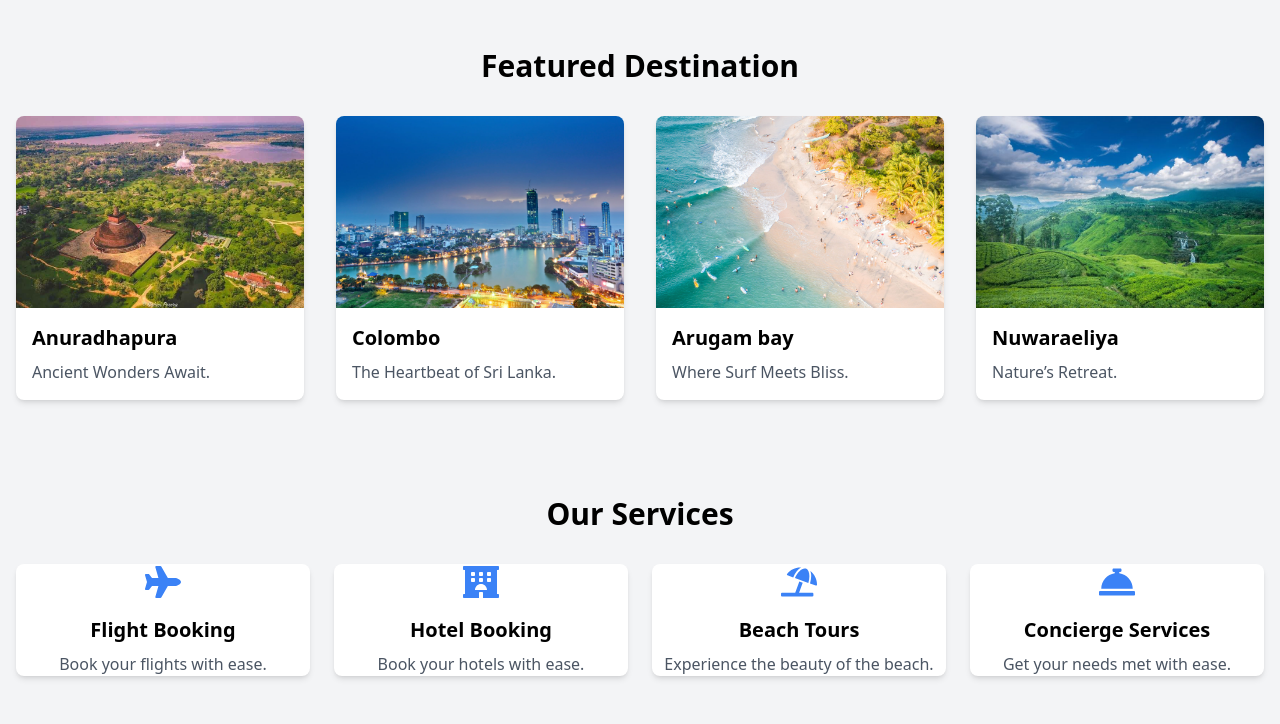
Repository: thisara199/Travel-Agency-Website
Page: /
An editor plug-in stored every save of this project. The page is shown before and after the next save, followed by the edit.
The browser window is 1280 px wide. The pictures show the part of the page from y = 720 to 1524 px (the page is 1444 px tall before and 1524 px after).
The project was rebuilt for these pictures with package versions that can differ from the ones it lists, and the page was loaded fresh each time. Also part of the build but not shown: vite.config.js.

Above is the page before, as saved 2024-09-04 05:29:51.

### index.html
<!doctype html>
<html lang="en">
  <head>
    <meta charset="UTF-8" />
    <link rel="icon" type="image/svg+xml" href="/public/favicon-32x32.png" />
    <meta name="viewport" content="width=device-width, initial-scale=1.0" />
    <title>Travel Agency</title>
  </head>
  <body>
    <div id="root"></div>
    <script type="module" src="/src/main.jsx"></script>
  </body>
</html>

### src/App.jsx
import { BrowserRouter, Routes, Route } from 'react-router-dom'
import Home from './pages/Home'
import Navbar from './components/Navbar/Navbar'
const App = () => {
  return (
    <BrowserRouter>
    <Navbar />
       <Routes>
        <Route path='/' element={<Home />} />
       </Routes>
    </BrowserRouter>
  )
}

export default App

### src/pages/Home.jsx
import HeroSection from "../components/HeroSection/HeroSection"
import FeaturedDestination from "../components/FeaturedDestination/FeaturedDestination"
import Services from "../components/Services/Services"

const Home = () => {
  return (
    <div>
      <HeroSection />
      <FeaturedDestination />
      <Services />
    </div>
  )
}

export default Home

### src/components/Navbar/Navbar.jsx
import { FaBars, FaTimes } from "react-icons/fa"
import { Link } from "react-router-dom"
import { useState } from "react"


const Navbar = () => {
  const [isOpen, setIsOpen] = useState(false)
  return (
    <nav className="fixed top-0 left-0 right-0 z-10 m-4 bg-white shadow-lg">
      <div className="container flex items-center justify-between h-16 px-4">
        <h3 className="text-2xl font-bold">TravelCeylon.</h3>
        <div className="items-center hidden space-x-4 text-sm font-bold md:flex ">
          <Link to="/" className="px-6 py-2 hover:bg-gray-600 hover:text-white">Home</Link>
          <Link to="/about" className="px-6 py-2 hover:bg-gray-600 hover:text-white">About</Link>
          <Link to="/gallery" className="px-6 py-2 hover:bg-gray-600 hover:text-white">Gallery</Link>
          <Link to="/about" className="px-6 py-2 hover:bg-gray-600 hover:text-white">About</Link>
          <button className="px-6 py-2 text-white bg-gray-600 border rounded-full hover:scale-105 hover:bg-gray-500">Login</button>
        </div>
        <div className="md:hidden">
          <button onClick={() => setIsOpen(!isOpen)}>
            {isOpen ? <FaTimes /> : <FaBars />}
          </button>
        </div>
      </div>
      <div>
        {isOpen && (
           <div className="flex flex-col items-center pb-10 space-y-6 font-bold bg-white md:hidden">
           <Link to="/" className="px-6 py-2 hover:bg-gray-600 hover:text-white">Home</Link>
           <Link to="/about" className="px-6 py-2 hover:bg-gray-600 hover:text-white">About</Link>
           <Link to="/gallery" className="px-6 py-2 hover:bg-gray-600 hover:text-white">Gallery</Link>
           <Link to="/about" className="px-6 py-2 hover:bg-gray-600 hover:text-white">About</Link>
           <button className="px-6 py-2 text-white bg-gray-600 border rounded-full hover:scale-105 hover:bg-gray-500">Login</button>
         </div>
        )}
      </div>
    </nav>
  )
}

export default Navbar

### src/components/HeroSection/HeroSection.jsx
import Banner from "../../assets/HeroSection/Banner.png";

const HeroSection = () => {
  return (
    <div className="relative h-screen bg-center bg-cover" style={{ backgroundImage: `url(${Banner})` }}>
      <div className="absolute inset-0 flex flex-col items-center justify-center bg-black bg-opacity-50">
        <h1 className="justify-between mb-4 text-4xl font-bold text-center text-white md:text-6xl lg:text-8xl">Explore the Ceylon with Us</h1>
        <p className="mb-10 text-lg text-white md:text-2xl xl:text-4xl">Discover amazing places at exclusive deals</p>
        <button className="px-6 py-2 text-lg text-white transition duration-300 transform border rounded-full md:text-xl hover:bg-blue-500 hover:scale-105">Get Started</button>
      </div>
    </div>
  );
}

export default HeroSection;

### src/components/FeaturedDestination/FeaturedDestination.jsx
import Img1 from '../../assets/FeaturedDestination/Anuradhapura.jpg'
import Img2 from '../../assets/FeaturedDestination/Colombo.jpg'
import Img3 from '../../assets/FeaturedDestination/arugambay.jpg'
import Img4 from '../../assets/FeaturedDestination/Nuwaraeliya.jpeg'


const Destination = [
  {
    image: Img1,
    title: 'Anuradhapura',
    description: 'Ancient Wonders Await.',
  },
  {
    image: Img2,
    title: 'Colombo',
    description: 'The Heartbeat of Sri Lanka.',
  },
  {
    image: Img3,
    title: 'Arugam bay',
    description: 'Where Surf Meets Bliss.',
  },
  {
    image: Img4,
    title: 'Nuwaraeliya',
    description: 'Nature’s Retreat.',
  },
]

const FeaturedDestination = () => {
  return (
    <div className='py-12 bg-gray-100'>
      <div className='container px-4 mx-auto'>
        <h2 className='mb-8 text-3xl font-bold text-center'>Featured Destination</h2>
        <div className='grid gap-8 sm:grid-cols-2 lg:grid-cols-3 xl:grid-cols-4'>
          {Destination.map((destination) => (
            <div key={destination.title} className='overflow-hidden bg-white rounded-lg shadow-md cursor-pointer'>
              <img src={destination.image} alt={destination.title} className='object-cover w-full h-48 transition duration-300 transform hover:scale-110'/>
              <div className='p-4'>
              <h3 className='mb-2 text-xl font-bold'>{destination.title}</h3>
              <p className='text-gray-600'>{destination.description}</p>
              </div>
            </div>
          ))}
        </div>
      </div>
    </div>
  )
}

export default FeaturedDestination

### src/components/Services/Services.jsx
import { FaConciergeBell, FaHotel, FaPlane, FaUmbrellaBeach } from 'react-icons/fa';

const services = [
  {
    icon: <FaPlane className='text-4xl text-blue-500' />,
    title: 'Flight Booking',
    description: 'Book your flights with ease.',
  },
  {
    icon: <FaHotel className='text-4xl text-blue-500' />,
    title: 'Hotel Booking',
    description: 'Book your hotels with ease.',
  },
  {
    icon: <FaUmbrellaBeach className='text-4xl text-blue-500' />,
    title: 'Beach Tours',
    description: 'Experience the beauty of the beach.',
  },
  {
    icon: <FaConciergeBell className='text-4xl text-blue-500' />,
    title: 'Concierge Services',
    description: 'Get your needs met with ease.',
  },
];

const Services = () => {
  return (
    <div className='py-12 bg-gray-100'>
      <div className='container px-4 mx-auto'>
        <h2 className='mb-8 text-3xl font-bold text-center'>Our Services</h2>
        <div className='grid gap-6 sm:grid-cols-2 lg:grid-cols-3 xl:grid-cols-4'>
          {services.map((service) => (
            <div key={service.title} className='overflow-hidden bg-white rounded-lg shadow-md cursor-pointer'>
              <div className='flex justify-center mb-4'>
                {service.icon}
              </div>
              <h3 className='mb-2 text-xl font-bold text-center'>{service.title}</h3>
              <p className='text-center text-gray-600'>{service.description}</p>
            </div>
          ))}
        </div>
      </div>
    </div>
  );
};

export default Services;

Loaded but not shown: src/main.jsx (common file); src/index.css (common file); tailwind.config.js (common file)

After the next save:
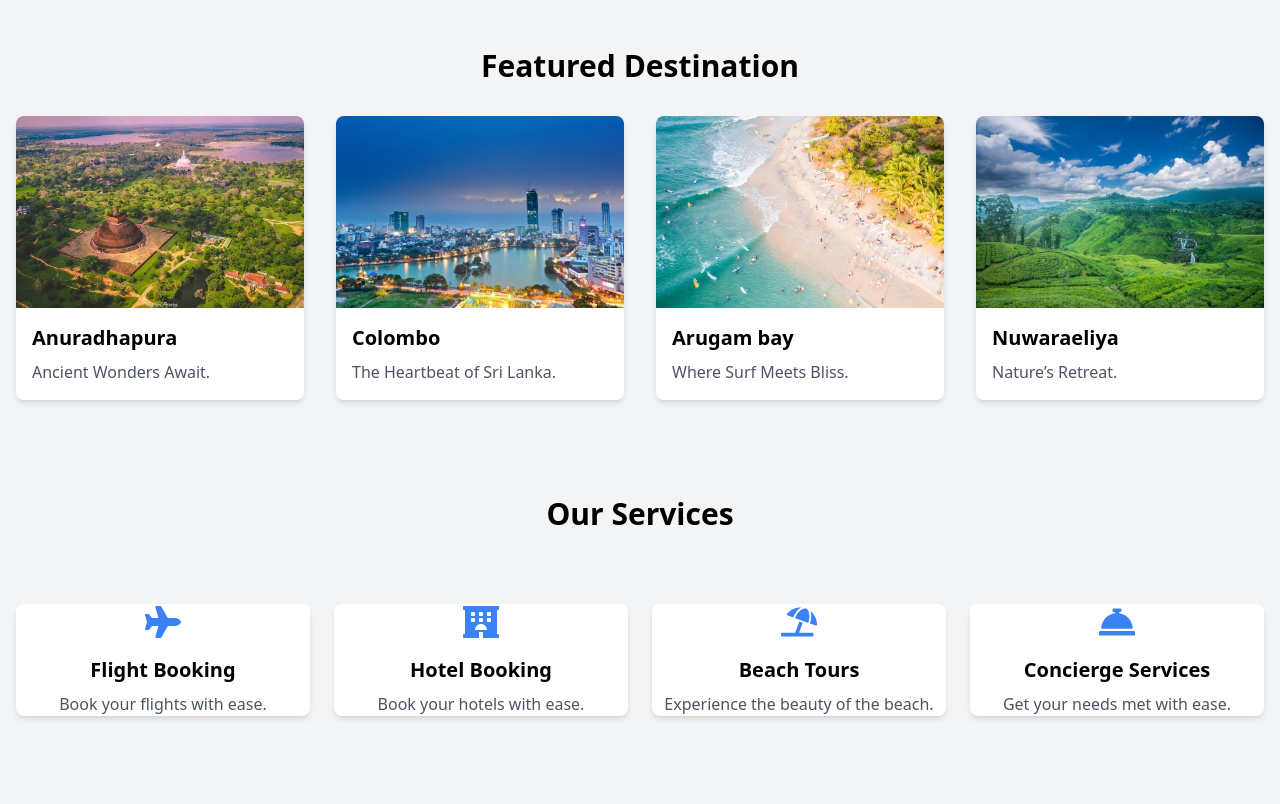
Saved 25 s later.
--- a/src/components/Services/Services.jsx
+++ b/src/components/Services/Services.jsx
@@ -28,7 +28,7 @@
     <div className='py-12 bg-gray-100'>
       <div className='container px-4 mx-auto'>
         <h2 className='mb-8 text-3xl font-bold text-center'>Our Services</h2>
-        <div className='grid gap-6 sm:grid-cols-2 lg:grid-cols-3 xl:grid-cols-4'>
+        <div className='grid gap-6 py-10 sm:grid-cols-2 lg:grid-cols-3 xl:grid-cols-4'>
           {services.map((service) => (
             <div key={service.title} className='overflow-hidden bg-white rounded-lg shadow-md cursor-pointer'>
               <div className='flex justify-center mb-4'>

After the save that followed:
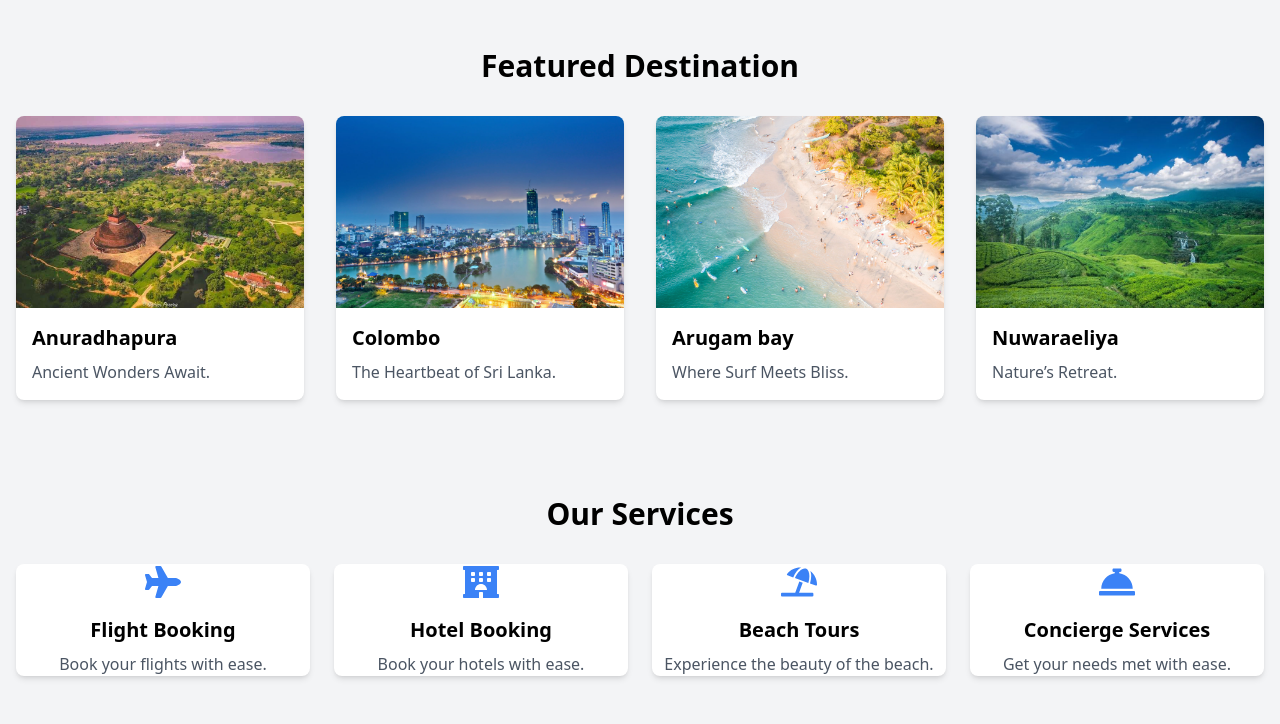
Saved 5 s later.
--- a/src/components/Services/Services.jsx
+++ b/src/components/Services/Services.jsx
@@ -28,7 +28,7 @@
     <div className='py-12 bg-gray-100'>
       <div className='container px-4 mx-auto'>
         <h2 className='mb-8 text-3xl font-bold text-center'>Our Services</h2>
-        <div className='grid gap-6 py-10 sm:grid-cols-2 lg:grid-cols-3 xl:grid-cols-4'>
+        <div className='grid gap-6 sm:grid-cols-2 lg:grid-cols-3 xl:grid-cols-4 '>
           {services.map((service) => (
             <div key={service.title} className='overflow-hidden bg-white rounded-lg shadow-md cursor-pointer'>
               <div className='flex justify-center mb-4'>
